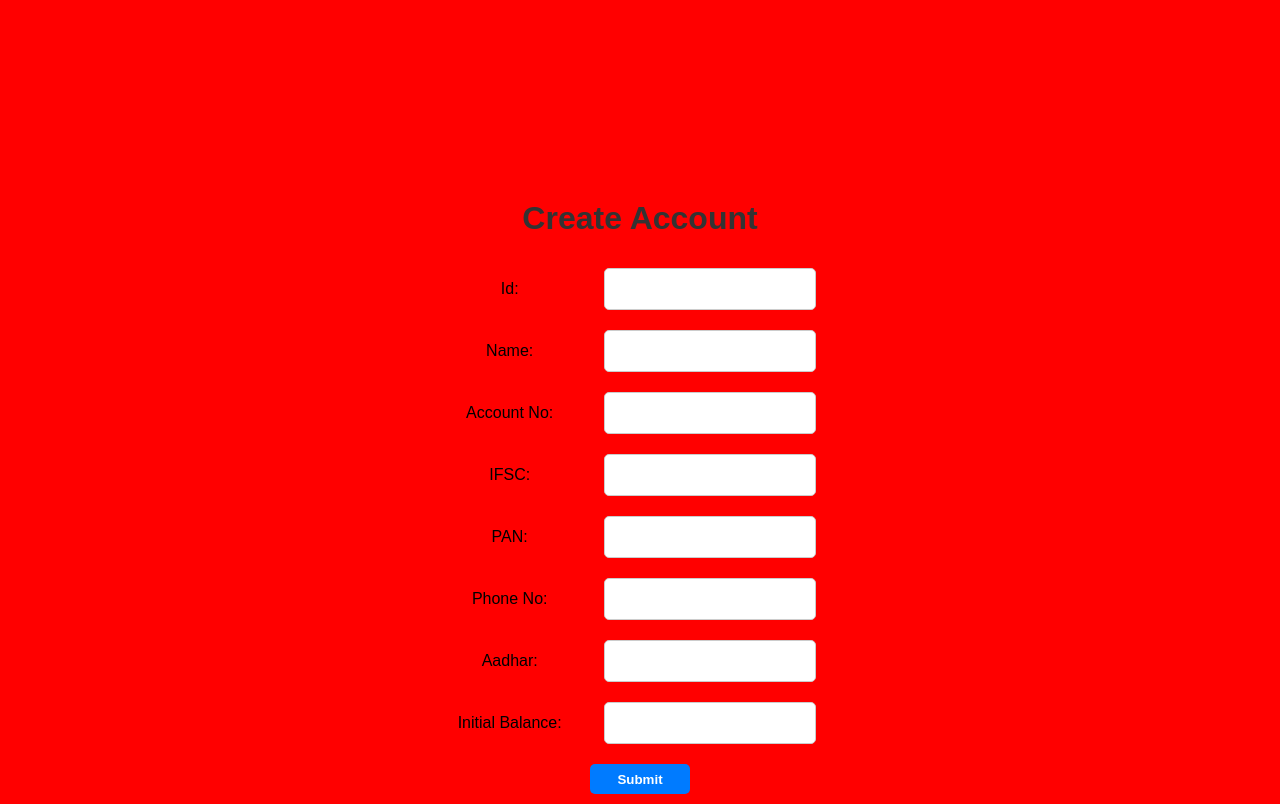
Repository: Surajkande2001/IGTSolution
Page: WebJSPProject1/src/main/webapp/Create.html
An editor plug-in stored every save of this project. The page is shown before and after the next save, followed by the edit.
The browser window is 1280 px wide. The pictures show the whole page.

Above is the page before, as saved 2023-07-02 16:34:46.

### WebJSPProject1/src/main/webapp/Create.html
<!DOCTYPE html>
<html>

<head>
	<meta charset="ISO-8859-1">
	<title>Create Account</title>
	<style>
		body {
			background-color: red;
			font-family: Arial, sans-serif;
			margin: 0;
			padding: 0;
		}

		.container {
			text-align: center;
			margin-top: 200px;
		}

		h1 {
			color: #333333;
		}

		form {
			margin-top: 20px;
		}

		table {
			margin: 0 auto;
			border-collapse: collapse;
			width: 400px;
		}

		td {
			padding: 10px;
		}

		input[type="text"] {
			width: 200px;
			height: 30px;
			border-radius: 5px;
			border: 1px solid #cccccc;
			padding: 5px;
		}

		input[type="submit"] {
			width: 100px;
			height: 30px;
			border-radius: 5px;
			border: none;
			background-color: #007bff;
			color: #ffffff;
			font-weight: bold;
			cursor: pointer;
		}

		input[type="submit"]:hover {
			background-color: #0056b3;
		}
	</style>
</head>

<body>

	<div class="container">
		<h1>Create Account</h1>
		<form action="Create.jsp">
			<table>
				<tr>
					<td>Id:</td>
					<td><input type="text" name="id"></td>
				</tr>
				<tr>
					<td>Name:</td>
					<td><input type="text" name="name"></td>
				</tr>
				<tr>
					<td>Account No:</td>
					<td><input type="text" name="acc"></td>
				</tr>
				<tr>
					<td>IFSC:</td>
					<td><input type="text" name="ifsc"></td>
				</tr>
				<tr>
					<td>PAN:</td>
					<td><input type="text" name="pan"></td>
				</tr>
				<tr>
					<td>Phone No:</td>
					<td><input type="text" name="phn"></td>
				</tr>
				<tr>
					<td>Aadhar:</td>
					<td><input type="text" name="adr"></td>
				</tr>
				<tr>
					<td>Initial Balance:</td>
					<td><input type="text" name="inb"></td>
				</tr>
				<tr>
					<td colspan="2"><input type="submit" value="Submit"></td>
				</tr>
			</table>
		</form>
	</div>

</body>

</html>

After the next save:
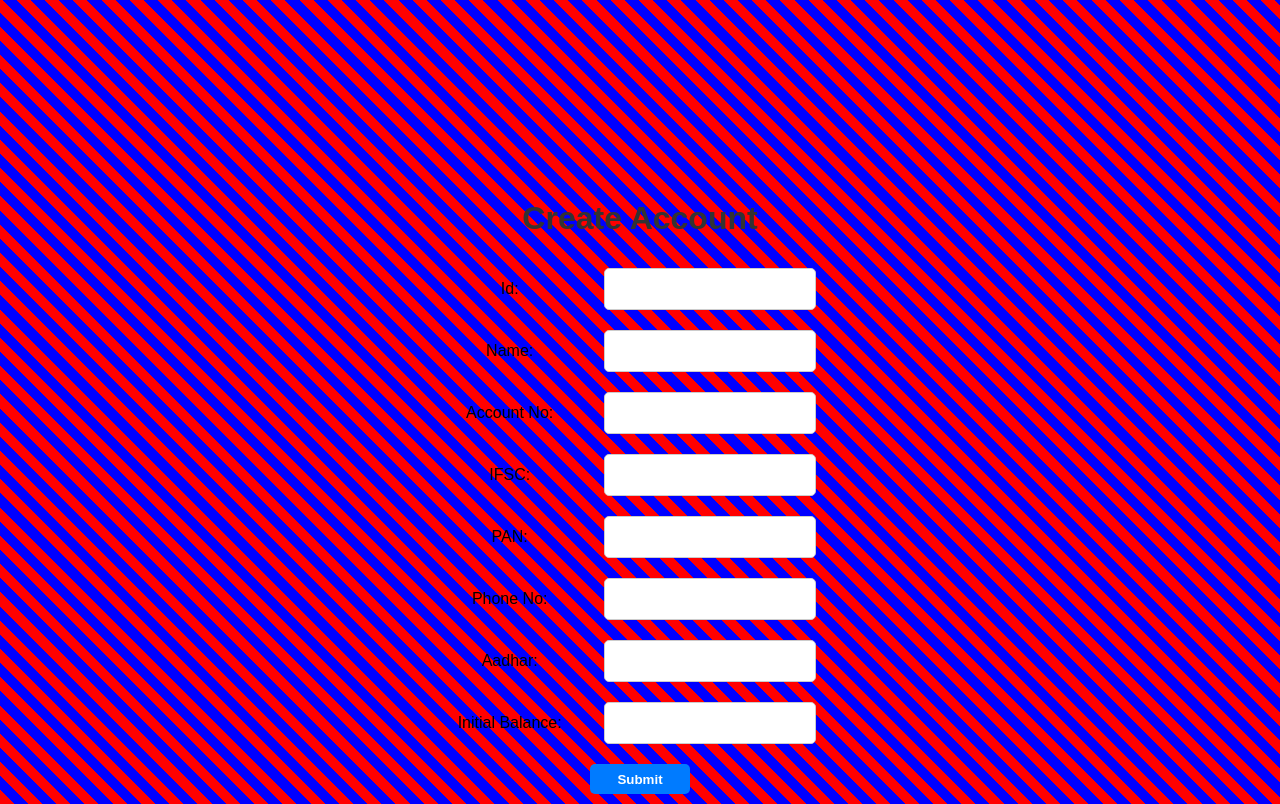
Saved 88 s later.
--- a/WebJSPProject1/src/main/webapp/Create.html
+++ b/WebJSPProject1/src/main/webapp/Create.html
@@ -6,7 +6,8 @@
 	<title>Create Account</title>
 	<style>
 		body {
-			background-color: red;
+			background-image: repeating-linear-gradient(45deg, #ff0000, #ff0000 10px, #0000ff 10px, #0000ff 20px);
+
 			font-family: Arial, sans-serif;
 			margin: 0;
 			padding: 0;
